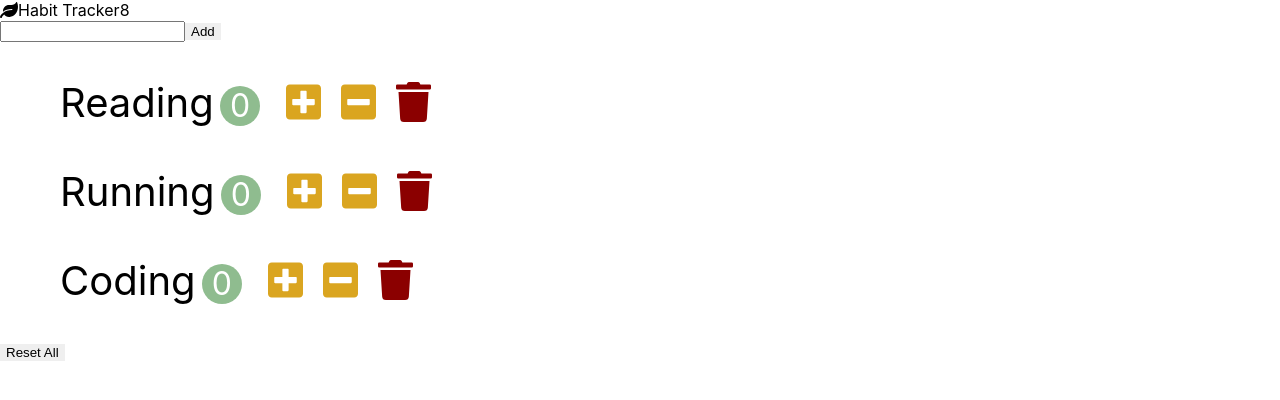
Repository: keehoonjung/react-habit-tracker
Page: / (app in react/habit-tracker/)
An editor plug-in stored every save of this project. The page is shown before and after the next save, followed by the edit.
The browser window is 1280 px wide. The pictures show the whole page.
The project was rebuilt for these pictures with package versions that can differ from the ones it lists, and the page was loaded fresh each time.

Above is the page before, as saved 2021-08-30 18:27:33.

After the next save:
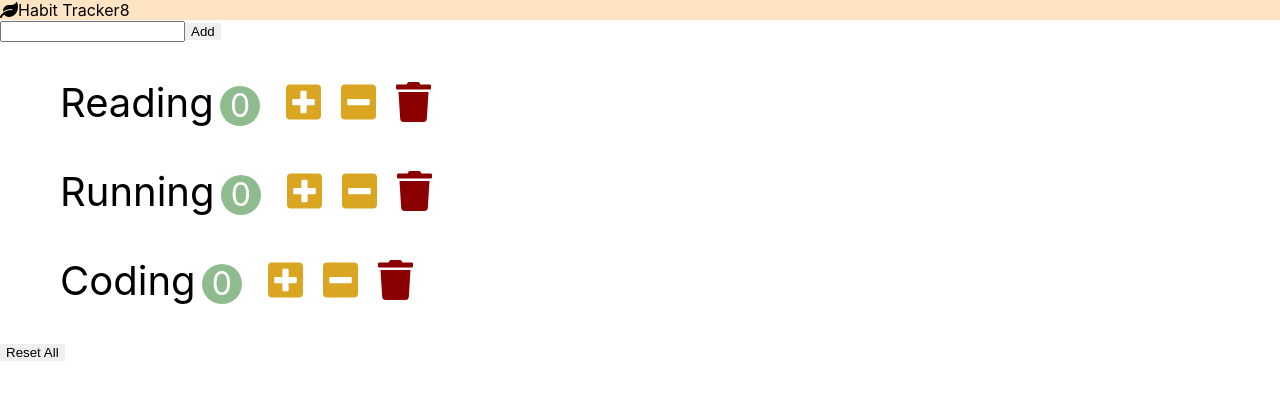
Saved 39 s later.
--- a/react/habit-tracker/src/app.css
+++ b/react/habit-tracker/src/app.css
@@ -2,6 +2,10 @@ button {
   outline: none;
   border: 0;
   cursor: pointer;
+}
+
+.header {
+  background-color: bisque;
 }
 
 .habit {
